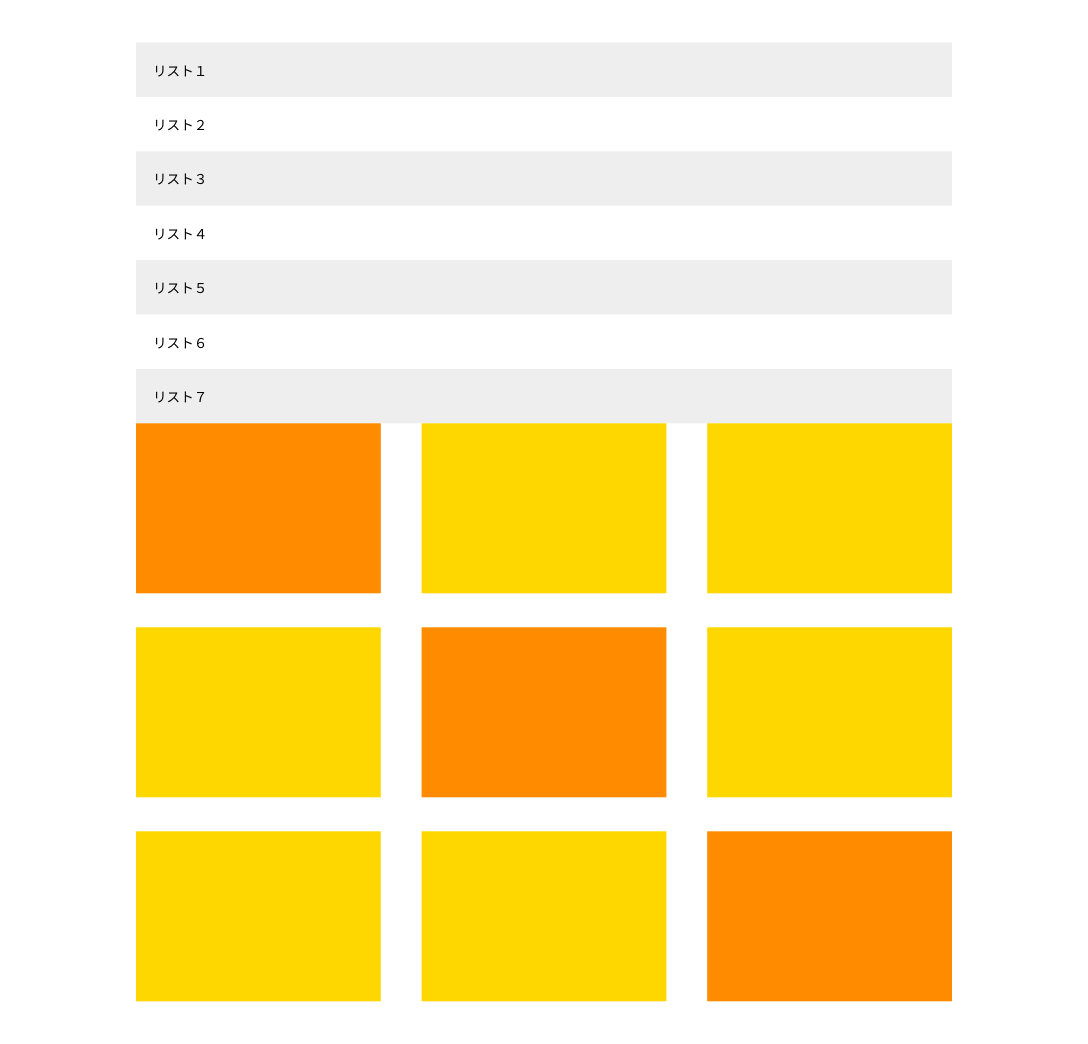
Repository: zero-0017/git-practice
Page: chapter8/webcamp.html
The author's editor kept a record of every edit. The page is drawn from the files as they stood at one moment, then again after the next edit.
The browser window is 1280 px wide. The pictures show the whole page, at 85% of full size.

Above is the page before.

After the next edit:
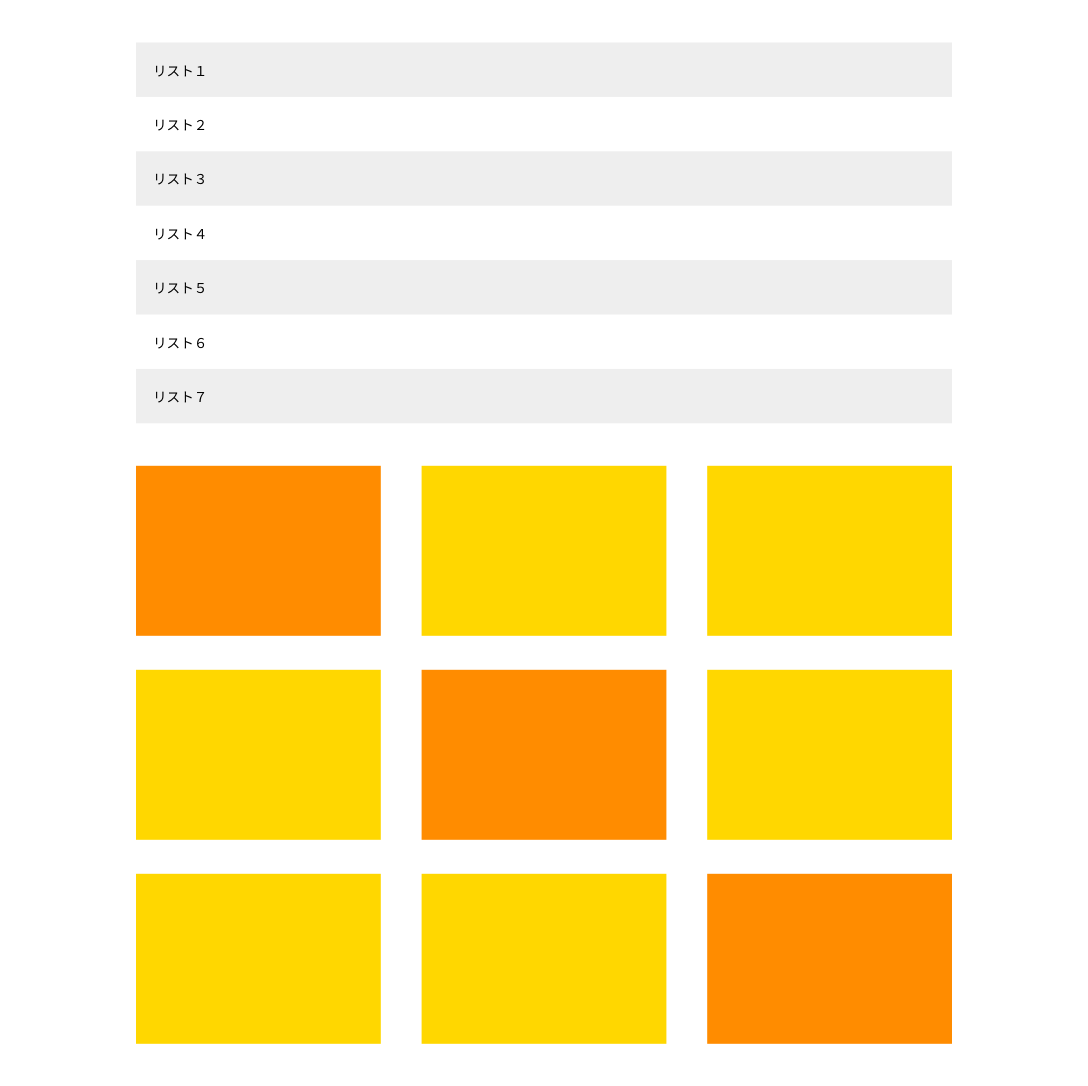
The edit:
--- a/chapter8/webcamp.html
+++ b/chapter8/webcamp.html
@@ -8,7 +8,7 @@
 
   <body>
   <main>
-    <ul>
+    <ul class="lists">
       <li class="list">リスト１</li>
       <li class="list">リスト２</li>
       <li class="list">リスト３</li>
